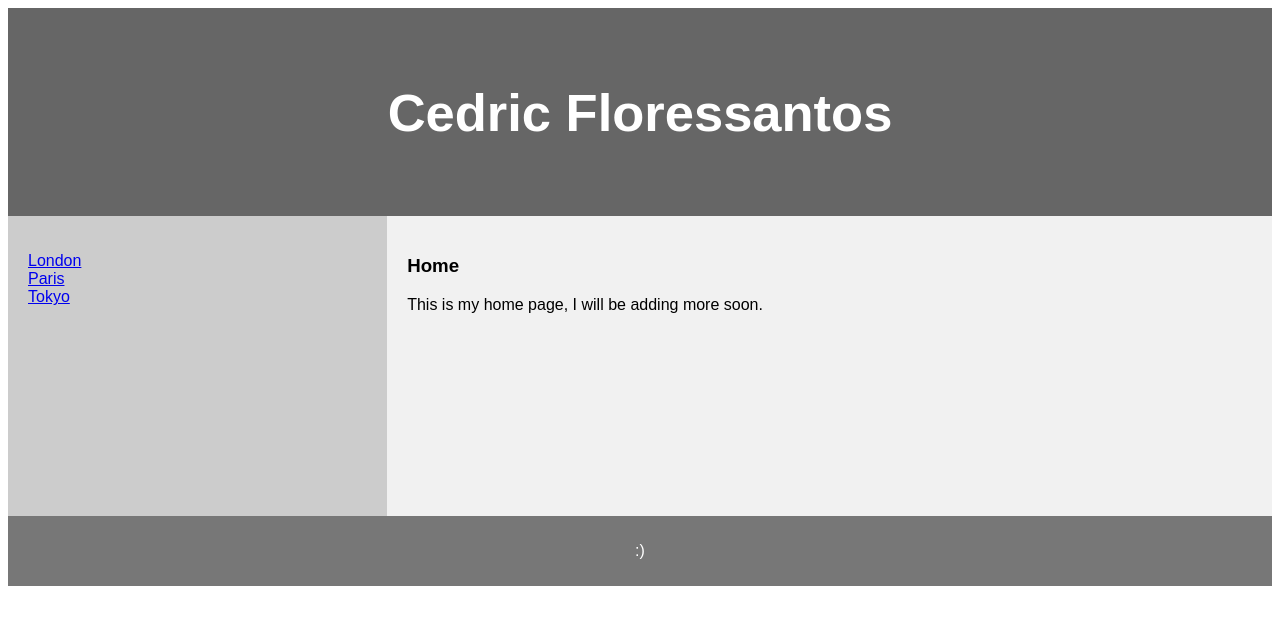
Repository: Cedric-floressantos/Cedric-floressantos.github.io
Page: my_website/index.html
The author's editor kept a record of every edit. The page is drawn from the files as they stood at one moment, then again after the next edit.
The browser window is 1280 px wide. The pictures show the whole page.

Above is the page before.

After the next edit:
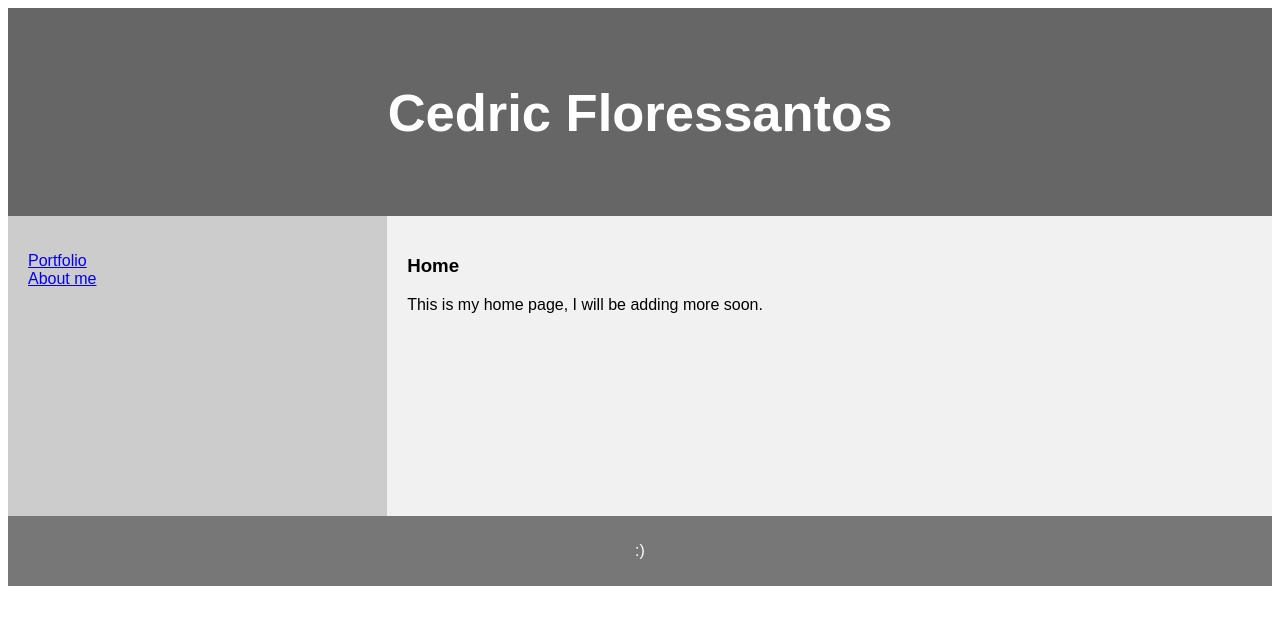
The edit:
--- a/my_website/index.html
+++ b/my_website/index.html
@@ -80,9 +80,8 @@
 <section>
   <nav>
     <ul>
-      <li><a href="#">London</a></li>
-      <li><a href="#">Paris</a></li>
-      <li><a href="#">Tokyo</a></li>
+      <li><a href="portfolio.html">Portfolio</a></li>
+      <li><a href="Aboutme.html">About me</a></li>
     </ul>
   </nav>
 
